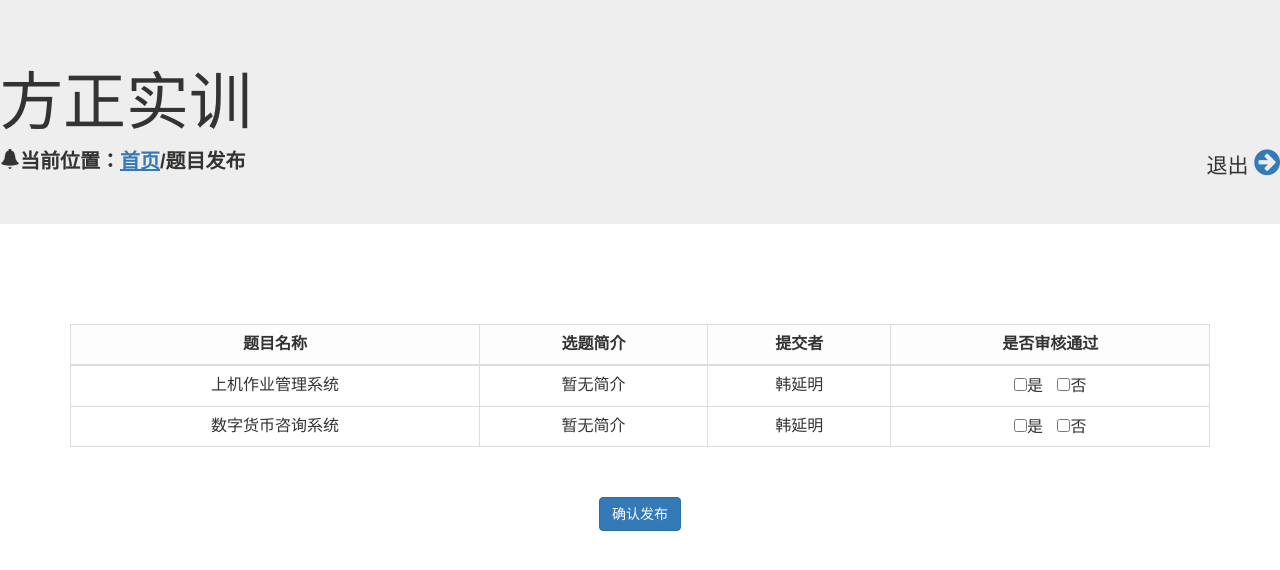
Repository: Kong-T/Practical-training
Page: Administrator/html/topic_admin.html
The author's editor kept a copy of each file at every save. The page is drawn from the files as they stood at one save, then again after the next save.
The browser window is 1280 px wide. The pictures show the whole page.
The page's requests for data from a server got no answer. Some web libraries are served in a nearby version.

Above is the page before, as saved 2020-12-14 10:37:06.

After the next save:
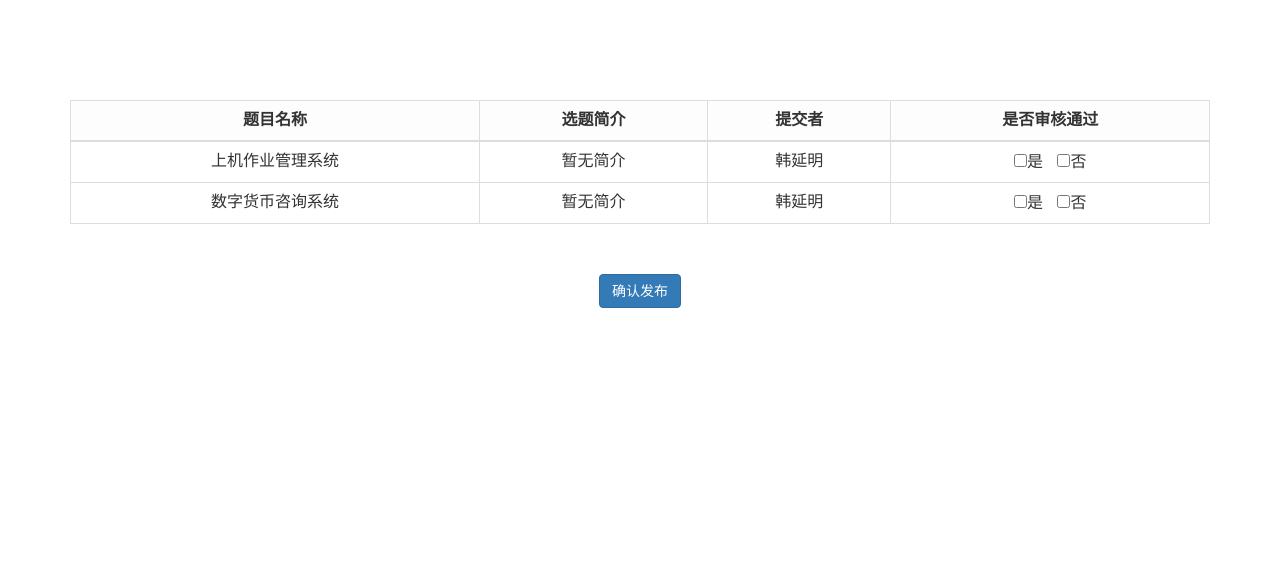
Saved 4 min 13 s later.
--- a/Administrator/html/topic_admin.html
+++ b/Administrator/html/topic_admin.html
@@ -113,19 +113,6 @@
 </script>
 
 <body>
-    <div class="jumbotron">
-        <h1>方正实训</h1>
-        <span class="glyphicon glyphicon-bell" style="font-size:20px;"></span><b style="font-size: 20px;">当前位置：<a
-                href="main.html" style=" text-decoration:underline">首页</a>/题目发布</b>
-
-        </span>
-        <div class="exit">
-            <p>退出
-                <a href="../../website_tan/html/first.html"><i class="fa fa-arrow-circle-right"
-                        style="font-size:30px"></i></a>
-            </p>
-        </div>
-    </div>
     <div class="container">
         <table class="table table-hover table-bordered" id="tbody1">
             <thead>
